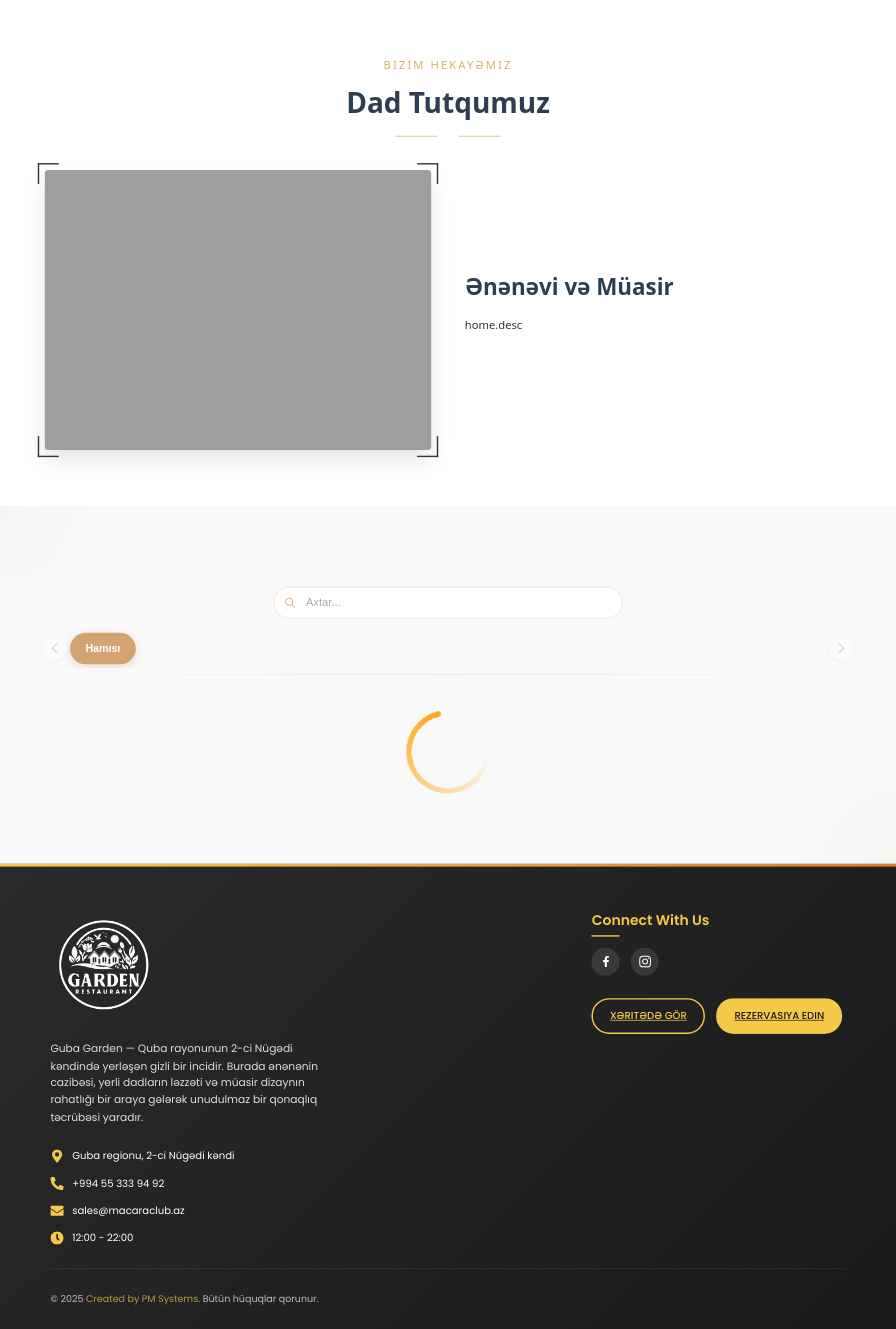
Repository: ferhadsultan98/menu-macara
Page: /
These files come from the project's save history. The page is drawn as it stood at one moment and after a run of saves; the edit follows.
The browser window is 1280 px wide. The pictures show the part of the page from y = 720 to 2619 px (the page is 2619 px tall), at 70% of full size.
Pictures or frames that could not be fetched are drawn as grey boxes. The page's requests for data from a server got no answer. The project was rebuilt for these pictures with package versions that can differ from the ones it lists, and the page was loaded fresh each time. No one was signed in, and anything a server would have sent is missing. Also part of the build but not shown: vite.config.js.

Above is the page before, as saved 2025-04-18 15:19:51.

### index.html
<!doctype html>
<html lang="en">
  <head>
    <meta charset="UTF-8" />
    <link rel="shortcut icon" href="/src/assets/logo.png" type="image/x-icon">
    <meta name="viewport" content="width=device-width, initial-scale=1.0" />
    <title>Guba Garden - Menu</title>
  </head>
  <body>
    <div id="root"></div>
    <script type="module" src="/src/main.jsx"></script>
  </body>
</html>

### src/App.jsx
import React from "react";
import { I18nextProvider } from "react-i18next";
import i18n from "./Languages/i18n";
import "./App.scss";
import MainLayout from "./Components/Common/MainLayout";
import Home from "./Pages/Home/Home";
import MenuSection from "./Pages/MenuSection/MenuSection";

function App() {

  return (
    <I18nextProvider i18n={i18n}>
      <div className="app-container">
        <MainLayout>
        <Home  />
          <MenuSection  />
        </MainLayout>
      </div>
    </I18nextProvider>
  );
}

export default App;

### src/App.scss
* {
  margin: 0;
  padding: 0;
  box-sizing: border-box;
}

body {
  font-family: system-ui, -apple-system, BlinkMacSystemFont, "Segoe UI", Roboto,
    Oxygen, Ubuntu, Cantarell, "Open Sans", "Helvetica Neue", sans-serif;
}

### src/Components/Common/MainLayout.jsx
import React from 'react';
import Header from './Header/Header';
import Footer from './Footer/Footer';

const MainLayout = ({ children }) => {
  return (
    <>
      <Header />
      {children}
      <Footer />
    </>
  );
};

export default MainLayout;

### src/Pages/Home/Home.jsx
/* eslint-disable no-unused-vars */
import React, { useState, useEffect } from "react";
import { motion } from "framer-motion";
import "./Home.scss";
import { useTranslation } from "react-i18next";
import { FaUtensils } from "react-icons/fa";

const Home = () => {
  const { t, i18n } = useTranslation();

  const [scrollY, setScrollY] = useState(0);
  const [isVisible, setIsVisible] = useState(false);

  useEffect(() => {
    const handleScroll = () => {
      setScrollY(window.scrollY);

      if (window.scrollY > 100) {
        setIsVisible(true);
      }
    };

    const timer = setTimeout(() => {
      setIsVisible(true);
    }, 500);

    window.addEventListener("scroll", handleScroll);
    return () => {
      window.removeEventListener("scroll", handleScroll);
      clearTimeout(timer);
    };
  }, []);

  return (
    <section className="homePage">
      <section className="heroSection">
        <div className="heroBackground">
          <div className="overlay"></div>
        </div>

        <motion.div
          className="heroContent"
          initial={{ opacity: 0, y: 30 }}
          animate={isVisible ? { opacity: 1, y: 0 } : { opacity: 0, y: 30 }}
          transition={{ duration: 1, ease: "easeOut" }}
        >
          <motion.span
            className="heroSubtitle"
            initial={{ opacity: 0 }}
            animate={isVisible ? { opacity: 1 } : { opacity: 0 }}
            transition={{ duration: 0.8, delay: 0.3 }}
          >
            Guba Garden
          </motion.span>
          <motion.h1
            className="heroTitle"
            initial={{ opacity: 0, scale: 0.9 }}
            animate={
              isVisible ? { opacity: 1, scale: 1 } : { opacity: 0, scale: 0.9 }
            }
            transition={{ duration: 0.8, delay: 0.5 }}
          >
            {t("home.header")}
          </motion.h1>
          <div className="separator">
            <span></span>
            <i>
              <FaUtensils />
            </i>

            <span></span>
          </div>
          <motion.p
            className="heroDescription"
            initial={{ opacity: 0 }}
            animate={isVisible ? { opacity: 1 } : { opacity: 0 }}
            transition={{ duration: 0.8, delay: 0.7 }}
          >
            {t("home.title")}
          </motion.p>
          <motion.div
            className="buttonGroup"
            initial={{ opacity: 0, y: 20 }}
            animate={isVisible ? { opacity: 1, y: 0 } : { opacity: 0, y: 20 }}
            transition={{ duration: 0.8, delay: 0.9 }}
          >
            <a href="https://macaraclub.az/" target="_blank">
              <motion.button
                className="reserveButton"
                whileHover={{
                  scale: 1.05,
                  backgroundColor: "rgba(255,255,255,0.2)",
                }}
                whileTap={{ scale: 0.98 }}
              >
                {t("home.reservation")}
              </motion.button>
            </a>
          </motion.div>
        </motion.div>

        <div className="scrollIndicator">
          <motion.div
            className="mouseIcon"
            animate={{ y: [0, 10, 0] }}
            transition={{ repeat: Infinity, duration: 1.5 }}
          >
            <i className="fas fa-chevron-down"></i>
          </motion.div>
        </div>
      </section>

      <section className="aboutSection">
        <div className="container">
          <div className="sectionHeader">
            <motion.span
              className="sectionSubtitle"
              initial={{ opacity: 0, y: 20 }}
              whileInView={{ opacity: 1, y: 0 }}
              viewport={{ once: true }}
              transition={{ duration: 0.6 }}
            >
              {t("home.about")}
            </motion.span>
            <motion.h2
              className="sectionTitle"
              initial={{ opacity: 0, y: 20 }}
              whileInView={{ opacity: 1, y: 0 }}
              viewport={{ once: true }}
              transition={{ duration: 0.6, delay: 0.2 }}
            >
              {t("home.mainheader")}
            </motion.h2>
            <div className="separator">
              <span></span>
              <i className="fas fa-leaf"></i>
              <span></span>
            </div>
          </div>

          <div className="aboutContent">
            <motion.div
              className="aboutImage"
              initial={{ opacity: 0, x: -50 }}
              whileInView={{ opacity: 1, x: 0 }}
              viewport={{ once: true }}
              transition={{ duration: 0.8 }}
            >
              <div className="imageFrame">
                <div className="decorativeCorner cornerTopLeft"></div>
                <div className="decorativeCorner cornerTopRight"></div>
                <div className="decorativeCorner cornerBottomLeft"></div>
                <div className="decorativeCorner cornerBottomRight"></div>
              </div>
            </motion.div>

            <motion.div
              className="aboutText"
              initial={{ opacity: 0, x: 50 }}
              whileInView={{ opacity: 1, x: 0 }}
              viewport={{ once: true }}
              transition={{ duration: 0.8, delay: 0.3 }}
            >
              <h3>{t("home.twoheader")}</h3>
              <p>{t("home.desc")}</p>

            </motion.div>
          </div>
        </div>
      </section>
    </section>
  );
};

export default Home;

### src/Components/Common/Header/Header.jsx
import { useState, useEffect, useRef } from "react";
import "./Header.scss";
import Logo from "../../../assets/logo.png";
import whiteLogo from "../../../assets/logowhite.png";
import { motion, AnimatePresence } from "framer-motion";
import { useTranslation } from "react-i18next";
import { IoRestaurantOutline } from "react-icons/io5";

const Header = () => {
  const [scrolled, setScrolled] = useState(false);
  const [isOpen, setIsOpen] = useState(false);
  const dropdownRef = useRef(null);
  const { t, i18n } = useTranslation();

  const languages = [
    { code: "en", name: "English" },
    { code: "az", name: "Azərbaycan" },
    { code: "ru", name: "Русский" },
  ];

  useEffect(() => {
    const handleScroll = () => {
      const isScrolled = window.scrollY > 20;
      setScrolled(isScrolled);
    };

    window.addEventListener("scroll", handleScroll);
    return () => window.removeEventListener("scroll", handleScroll);
  }, []);

  useEffect(() => {
    const handleClickOutside = (event) => {
      if (dropdownRef.current && !dropdownRef.current.contains(event.target)) {
        setIsOpen(false);
      }
    };

    document.addEventListener("mousedown", handleClickOutside);
    return () => document.removeEventListener("mousedown", handleClickOutside);
  }, []);

  const toggleLanguage = (langCode) => {
    i18n.changeLanguage(langCode);
    setIsOpen(false);
  };

  const toggleMenu = () => {
    setIsOpen(!isOpen);
  };
  const scrollToTop = () => {
    window.scrollTo({ top: 0, behavior: "smooth" });
  };
  const scrollToMenu = () => {
    const menuSection = document.getElementById("menu");
    if (menuSection) {
      menuSection.scrollIntoView({ behavior: "smooth", block: "start" });
    }
  };
  return (
    <header className={`header ${scrolled ? "scrolled" : ""}`}>
      <div className="headerContainer">
        <a onClick={scrollToTop}>
          <div className="logo">
            <img
              src={scrolled ? Logo : whiteLogo}
              alt={scrolled ? "Logo" : "White Logo"}
              className="logo-img"
            />
          </div>
        </a>
        <button className="menu-button" onClick={scrollToMenu}>
        {t("header.menu")}
          <span className="menu-icon">
            <IoRestaurantOutline />
          </span>
        </button>
        <div className="header-actions">
          <div className="lang-dropdown" ref={dropdownRef}>
            <button
              className="lang-current"
              onClick={toggleMenu}
              aria-expanded={isOpen}
            >
              <span>{i18n.language.toUpperCase()}</span>
              <i className={`fas fa-chevron-down ${isOpen ? "open" : ""}`}></i>
            </button>

            <AnimatePresence>
              {isOpen && (
                <motion.ul
                  className="lang-options"
                  initial={{ opacity: 0, y: -10 }}
                  animate={{ opacity: 1, y: 0 }}
                  exit={{ opacity: 0, y: -10 }}
                  transition={{ duration: 0.2 }}
                >
                  {languages.map((lang) => (
                    <motion.li
                      key={lang.code}
                      whileHover={{ backgroundColor: "rgba(0,0,0,0.05)" }}
                      onClick={() => toggleLanguage(lang.code)}
                      className={i18n.language === lang.code ? "active" : ""}
                    >
                      <span className="lang-code">
                        {lang.code.toUpperCase()}
                      </span>
                      <span className="lang-name">{lang.name}</span>
                    </motion.li>
                  ))}
                </motion.ul>
              )}
            </AnimatePresence>
          </div>
        </div>
      </div>
    </header>
  );
};

export default Header;

### src/Components/Common/Footer/Footer.jsx
import React, { useState, useEffect } from "react";
import "./Footer.scss";
import logo from "../../../assets/logowhite.png";
import visaIcon from "../../../assets/visa.png";
import mastercardIcon from "../../../assets/mastercard.png";
import { IoIosArrowUp } from "react-icons/io";
import { GrFacebookOption } from "react-icons/gr";
import {
  FaInstagram,
  FaTiktok,
  FaMapMarkerAlt,
  FaPhoneAlt,
  FaEnvelope,
  FaClock,
} from "react-icons/fa";
import { useTranslation } from "react-i18next";

const Footer = () => {
  const { t } = useTranslation();
  const [showScrollTop, setShowScrollTop] = useState(false);
  const currentYear = new Date().getFullYear();

  useEffect(() => {
    const handleScroll = () => {
      if (window.scrollY > 300) {
        setShowScrollTop(true);
      } else {
        setShowScrollTop(false);
      }
    };

    window.addEventListener("scroll", handleScroll);

    return () => {
      window.removeEventListener("scroll", handleScroll);
    };
  }, []);

  const scrollToTop = () => {
    window.scrollTo({
      top: 0,
      behavior: "smooth",
    });
  };

  return (
    <footer className="footer">
      <div className="footer-content">
        <div className="container">
          <div className="footer-main">
            <div className="footer-info">
              <img
                src={logo}
                alt="Guba Garden Restaurant Logo"
                className="footer-logo"
              />
              <p className="footer-description">{t("footer.desc")}</p>
              <div className="footer-contact-items">
                <div className="contact-item">
                  <FaMapMarkerAlt />
                  <span>{t("footer.location")}</span>
                </div>
                <div className="contact-item">
                  <FaPhoneAlt />
                  <span>+994 55 333 94 92</span>
                </div>
                <div className="contact-item">
                  <FaEnvelope />
                  <span>sales@macaraclub.az</span>
                </div>
                <div className="contact-item">
                  <FaClock />
                  <span>12:00 - 22:00</span>
                </div>
              </div>
            </div>

            <div className="footer-connect">
              <h4>Connect With Us</h4>
              <div className="social-icons">
                <a
                  href="https://facebook.com"
                  aria-label="Facebook"
                  className="social-icon"
                >
                  <GrFacebookOption />
                </a>
                <a
                  href="https://www.instagram.com/qubagardenrestaurant/?utm_source=qr#"
                  aria-label="Instagram"
                  target="_blank"
                  className="social-icon"
                >
                  <FaInstagram />
                </a>
              </div>

              <div className="footer-actions">
                <a
                  href="https://maps.app.goo.gl/35UcEZzbX2nMFG9H6"
                  className="footer-btn map-btn"
                  target="_blank"
                >
                  {t("footer.viewMap")}
                </a>
                <a
                  href="https://macaraclub.az/"
                  className="footer-btn book-btn"
                  target="_blank"
                >
                  {t("footer.bookaTable")}
                </a>
              </div>
            </div>
          </div>

          <div className="footer-divider"></div>

          <div className="footer-bottom">
            <p className="copyright">
              © {currentYear} <span>Created by PM Systems</span>.{" "}
              {t("footer.allRightReserved")}
            </p>

            <p className="credits"></p>
          </div>
        </div>
      </div>

      <div
        className={`scroll-top ${showScrollTop ? "visible pulse" : ""}`}
        onClick={scrollToTop}
        aria-label="Scroll to top"
      >
        <IoIosArrowUp />
      </div>
    </footer>
  );
};

export default Footer;

### src/Components/Loading/Loading.jsx
import React from "react";
import "./Loading.scss";

const Loading = () => {
  return <div className="restaurantLoader"></div>;
};

export default Loading;

### src/server/server.jsx
// src/server/server.js
import { initializeApp } from "firebase/app";
import { getDatabase, ref, onValue, set, push, remove, update } from "firebase/database";
import { getAnalytics } from "firebase/analytics";

// Firebase configuration
const firebaseConfig = {
  apiKey: "AIzaSyA3iCDoGXoamiNg5rUrGU5uqmnfMHKO9BI",
  authDomain: "gubagarden.firebaseapp.com",
  projectId: "gubagarden",
  storageBucket: "gubagarden.firebasestorage.app",
  messagingSenderId: "920416051355",
  appId: "1:920416051355:web:6acffca1bb687b0d4ca63e",
  measurementId: "G-L77LRCTPG3",
  databaseURL: "https://gubagarden-default-rtdb.firebaseio.com"
};


const app = initializeApp(firebaseConfig);
let analytics = null;


if (typeof window !== 'undefined') {
  try {
    analytics = getAnalytics(app);
  } catch (error) {
    console.error("Analytics failed to initialize:", error);
  }
}

const database = getDatabase(app);

export { database, analytics, ref, onValue, set, push, remove, update };

### src/Components/Common/Footer/Footer.scss
.footer {
  background: linear-gradient(135deg, #2a2a2a 0%, #1a1a1a 100%);
  color: #fff;
  padding: 4rem 0 2rem;
  position: relative;
  font-family: 'Poppins', sans-serif;
  overflow: hidden;

  &::before {
    content: '';
    position: absolute;
    top: 0;
    left: 0;
    width: 100%;
    height: 4px;
    background: linear-gradient(to right, #f7c948, #e67e22);
  }

  .container {
    max-width: 1200px;
    margin: 0 auto;
    padding: 0 2rem;
  }

  .footer-main {
    display: grid;
    grid-template-columns: 2fr 1fr;
    gap: 3rem;
    margin-bottom: 2rem;

    @media (max-width: 768px) {
      grid-template-columns: 1fr;
      gap: 2rem;
    }
  }

  .footer-info {
    .footer-logo {
      max-width: 150px;
      margin-bottom: 1.5rem;
      transition: transform 0.3s ease;

      &:hover {
        transform: scale(1.05);
      }
    }

    .footer-description {
      font-size: 0.95rem;
      line-height: 1.6;
      opacity: 0.85;
      margin-bottom: 2rem;
      max-width: 400px;
    }

    .footer-contact-items {
      display: grid;
      gap: 1rem;

      .contact-item {
        display: flex;
        align-items: center;
        gap: 0.75rem;
        font-size: 0.9rem;
        transition: color 0.3s ease;

        svg {
          color: #f7c948;
          font-size: 1.2rem;
        }

        &:hover {
          color: #f7c948;
        }
      }
    }
  }

  .footer-connect {
    h4 {
      font-size: 1.25rem;
      margin-bottom: 1.5rem;
      color: #f7c948;
      position: relative;

      &::after {
        content: '';
        position: absolute;
        bottom: -0.5rem;
        left: 0;
        width: 40px;
        height: 2px;
        background: #f7c948;
      }
    }

    .social-icons {
      display: flex;
      gap: 1rem;
      margin-bottom: 2rem;

      .social-icon {
        display: flex;
        align-items: center;
        justify-content: center;
        width: 40px;
        height: 40px;
        background: rgba(255, 255, 255, 0.1);
        border-radius: 50%;
        color: #fff;
        font-size: 1.2rem;
        transition: all 0.3s ease;

        &:hover {
          background: #f7c948;
          color: #1a1a1a;
          transform: translateY(-3px);
        }
      }
    }

    .footer-actions {
      display: flex;
      gap: 1rem;
      flex-wrap: wrap;

      .footer-btn {
        padding: 0.75rem 1.5rem;
        border-radius: 25px;
        font-size: 0.9rem;
        text-transform: uppercase;
        font-weight: 500;
        transition: all 0.3s ease;

        &.map-btn {
          background: transparent;
          border: 2px solid #f7c948;
          color: #f7c948;

          &:hover {
            background: #f7c948;
            color: #1a1a1a;
          }
        }

        &.book-btn {
          background: #f7c948;
          color: #1a1a1a;
          border: 2px solid transparent;

          &:hover {
            background: transparent;
            border-color: #f7c948;
            color: #f7c948;
          }
        }
      }
    }
  }

  .footer-divider {
    height: 1px;
    background: rgba(255, 255, 255, 0.1);
    margin: 2rem 0;
  }

  .footer-bottom {
    display: flex;
    justify-content: space-between;
    align-items: center;
    font-size: 0.85rem;
    opacity: 0.7;

    @media (max-width: 576px) {
      flex-direction: column;
      gap: 1rem;
      text-align: center;
    }

    .copyright {
      span {
        color: #f7c948;
      }
    }
  }

  .scroll-top {
    position: fixed;
    bottom: 2rem;
    right: 2rem;
    width: 50px;
    height: 50px;
    background: #f7c948;
    color: #1a1a1a;
    border-radius: 50%;
    display: flex;
    align-items: center;
    justify-content: center;
    font-size: 1.5rem;
    cursor: pointer;
    opacity: 0;
    visibility: hidden;
    transition: all 0.3s ease;
    z-index: 1000;

    &.visible {
      opacity: 1;
      visibility: visible;
    }

    &.pulse {
      animation: pulse 2s infinite;
    }

    &:hover {
      transform: translateY(-3px);
      box-shadow: 0 4px 8px rgba(0, 0, 0, 0.2);
    }
  }

  @keyframes pulse {
    0% {
      box-shadow: 0 0 0 0 rgba(247, 201, 72, 0.7);
    }
    70% {
      box-shadow: 0 0 0 10px rgba(247, 201, 72, 0);
    }
    100% {
      box-shadow: 0 0 0 0 rgba(247, 201, 72, 0);
    }
  }

  @media (max-width: 992px) {
    padding: 3rem 0 1.5rem;

    .footer-logo {
      max-width: 120px;
    }

    .footer-main {
      gap: 2rem;
    }
  }

  @media (max-width: 576px) {
    padding: 2rem 0 1rem;

    .footer-logo {
      max-width: 100px;
    }

    .footer-description {
      font-size: 0.9rem;
    }

    .footer-connect {
      h4 {
        font-size: 1.1rem;
      }

      .social-icons {
        gap: 0.75rem;
      }

      .footer-btn {
        padding: 0.6rem 1.2rem;
        font-size: 0.85rem;
      }
    }

    .scroll-top {
      width: 40px;
      height: 40px;
      font-size: 1.2rem;
      bottom: 1.5rem;
      right: 1.5rem;
    }
  }
}

### src/Components/Loading/Loading.scss
.restaurantLoader {
  width: 120px;
  aspect-ratio: 1;
  border-radius: 50%;
  background: radial-gradient(farthest-side, #ffa516 94%, #0000) top/8px 8px
      no-repeat,
    conic-gradient(#0000 30%, #ffa516);
  -webkit-mask: radial-gradient(farthest-side, #0000 calc(100% - 8px), #000 0);
  animation: l13 1s infinite linear;
  display: flex;
  margin: 0 auto;
}
@keyframes l13 {
  100% {
    transform: rotate(1turn);
  }
}

Loaded but not shown: src/main.jsx (common file); src/Languages/AZ/AZ.json (32 lines, source omitted); src/Languages/RU/RU.json (32 lines, source omitted); src/Languages/EN/EN.json (31 lines, source omitted); src/Languages/i18n.js (38 lines, source omitted); src/Pages/MenuSection/MenuSection.scss (1061 lines, source omitted); src/Pages/Home/Home.scss (765 lines, source omitted); src/Pages/MenuSection/MenuSection.jsx (411 lines, source omitted); src/Components/Common/Header/Header.scss (467 lines, source omitted); src/index.css (no stored copy; drawn as an empty file)

After the next 2 saves:
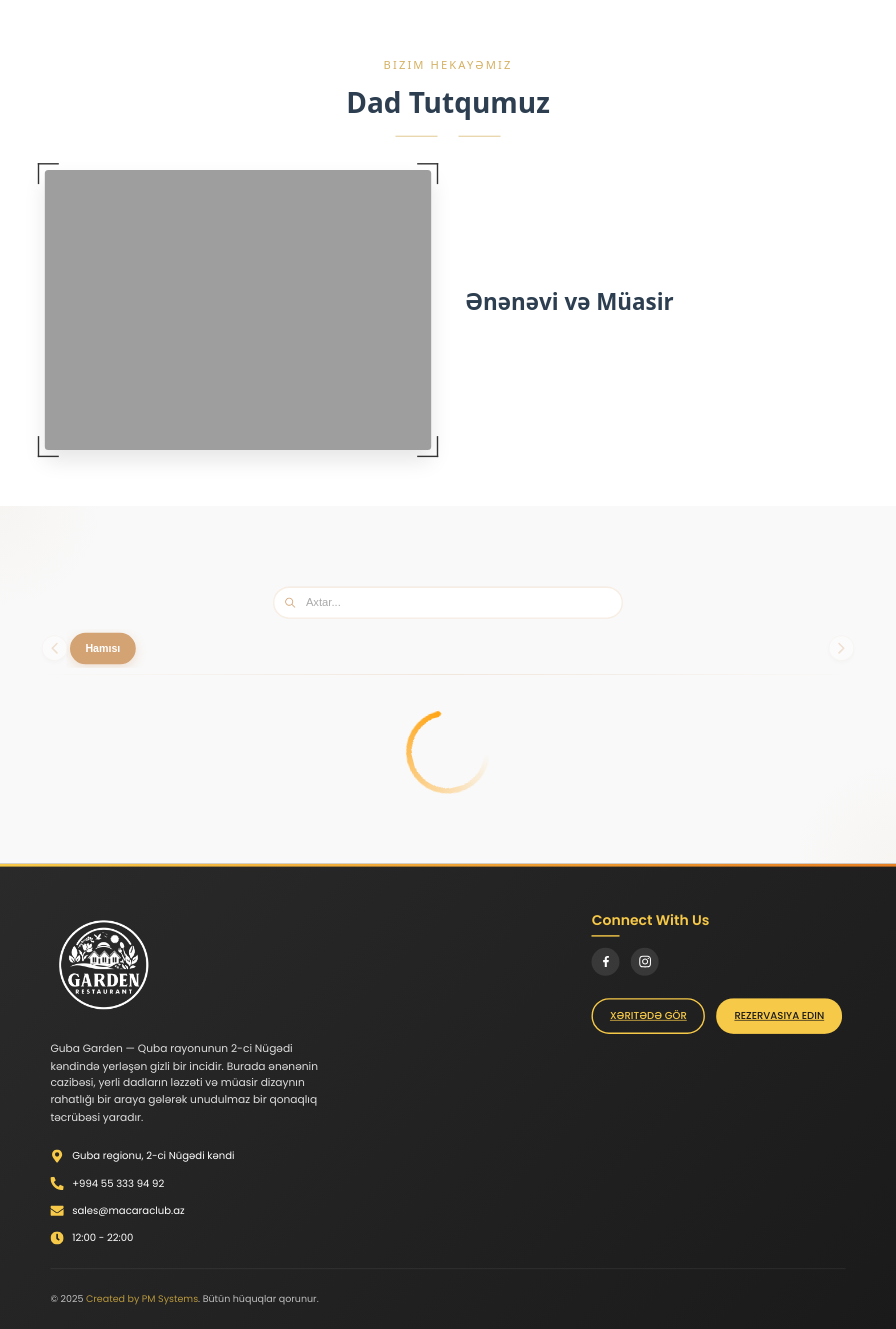
The 2 saves are shown as one change because they came seconds apart.
The last was saved 29 s later.
--- a/src/Pages/Home/Home.jsx
+++ b/src/Pages/Home/Home.jsx
@@ -162,8 +162,7 @@ const Home = () => {
               transition={{ duration: 0.8, delay: 0.3 }}
             >
               <h3>{t("home.twoheader")}</h3>
-              <p>{t("home.desc")}</p>
-
+              <p>{}</p>
             </motion.div>
           </div>
         </div>
